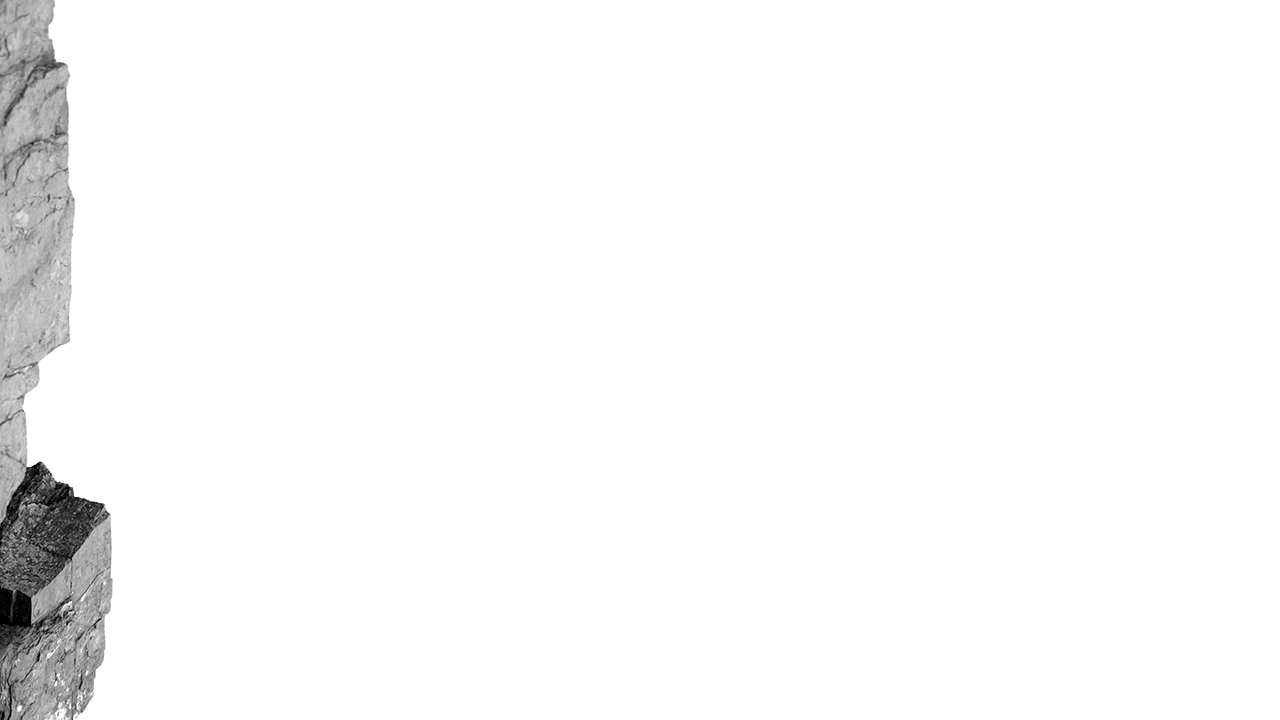
Repository: ortik455/ortik455.github.io
Page: lab/image.html
The author's editor kept a record of every edit. The page is drawn from the files as they stood at one moment, then again after the next edit.
The browser window is 1280 px wide. The pictures show the whole page.
Some web libraries are served in a nearby version.

Above is the page before.

### lab/image.html
<!DOCTYPE html>
<html>
	<head>
		<link href="../styles/global.css" rel="stylesheet" type="text/css">
		<link href="image.css" rel="stylesheet" type="text/css" />
		<script src="https://ajax.googleapis.com/ajax/libs/jquery/1.11.2/jquery.min.js"></script>
		<title>Desire to Inspire</title>
	</head>

	<body>
		<div class="photo-holder"></div>
		<div class="quotes"></div>


		<script src="image.js"></script>
	</body>
</html>

### styles/global.css
html {
	overflow-y: scroll;
}
#main_body {
	background-color: #FFFFFF;
	width: 500px;
	height: 600px;
	padding-top: 20px;
	position: absolute;
	top: 10px;
	left: 140px;
}
div {
	display: block;
}
body {
	background-image: url("../notes/leftrock.png");
	background-repeat: no-repeat;
	font-family: 'Neuton', serif;
    background-color: #ffffff;
    font-size: 18px;
    text-align: center;
    }
p {
    color: black;
    font-size: 14px;
}
h1, h2, h3 {
	width: 160px;
	background-color: #FFFFFF;
    text-align: left;
	color: #000000;
	margin-top: 10px;
	margin-bottom: 0px;
	font-size: 22px;
	font-weight: 300;
	}
h2 {
	margin-bottom: 50px;
	font-size: 14px;
	}
h3 {
	margin-bottom: 50px;
	font-size: 14px;
}
a {
    text-decoration: none;
    font-size: 20px;
    letter-spacing: 1px;
}
nav ul {
	text-align: left;
	padding: 0;
	}
a:link {
    color: #000000;
    }
a:visited {
    color: #000000;
    }
a:hover {
    color: #8A8A8A;
}
li {
	display: block;
	width: 300px;
	height: 40px;
	}
.back {
    font-size: 12px;
    letter-spacing: 0px;
    padding: 10px;
}

### lab/image.css
body {
    width:1000;
    height:700;
}
.photo-holder {
  width: 800px;
  height: 800px;
  position: fixed;
  top: 0;
  right: 0;
  z-index: 500;
}

.photo-holder img {
  width: 100%;
  display: block;
}
.quote-holder {
  margin: 48px;
  font-size: 35px;
  font-family: serif;
  position: absolute;
  top: 140px;
  left: 80px;
  z-index: 100;
  color: #000;
}
.button {
  background-color: #000;
  width: 60px;
  height: 60px;
  position: fixed;
  bottom: 100px;
  left: 100px;
  z-index: 800;
}

### lab/image.js
var pics =
["http://g4.psychcentral.com/lib/wp-content/uploads/2010/11/daydreaming.jpg",
"http://cache.oxy.edu/sites/default/files/assets/Admission_Blog/Sleep.jpg",
"http://www.brazencareerist.com/blog/wp-content/uploads/2013/02/pile-of-papers.jpg",
"http://www.zenforyou.ca/wpi/wp-content/uploads/2013/11/burnout1.jpg",
"http://www.healthyblackwoman.com/wp-content/uploads/2014/01/download54.jpeg",
"https://learn2balance.files.wordpress.com/2013/02/bigstockphoto_stress_asian_scholar_5099246.jpg",
"http://www.sprottshaw.com/wp-content/uploads/783761611.jpg",
"https://teenenthusiasm.files.wordpress.com/2012/11/image1.png",
"http://connectnigeria.com/articles/wp-content/uploads/2012/09/Dont-Fight-with-Stress.jpg",
"http://thumbs.media.smithsonianmag.com//filer/89/c3/89c31752-f362-4b98-bca9-a53c4e6b07fa/too-much-homework-520.jpg__800x600_q85_crop.jpg",
"http://www.brainbalancecenters.com/wp-content/uploads/2015/04/Too-Much-Homework.jpeg",
"http://lasernafreelancer.com/wp-content/uploads/2015/03/stress.jpg",
"https://pittbradford.files.wordpress.com/2011/12/stressful-people-fordec5post.jpg"];

var quotes =
["In order to get to the top we have to experience all of the bottom.",
"It does not matter how slowly you go as long as you do not stop.",
"Perseverance is failing 19 times and succeeding the 20th.",
"Always do your best. What you plant now, you will harvest later.",
"Our greatest weakness lies in giving up. The most certain way to succeed is always to try just one more time.",
"Just do it.",
"If you can dream it, you can do it.",
"In order to succeed, we must first believe that we can.",
"Failure will never overtake me if my determination to succeed is strong enough.",
"If you're going through hell keep going.",
"Don't let what you cannot do interfere with what you can do.",
"&iexcl;Si se puede!"];

var selectedquote = false;

$(".button").click(function() {

  var nextquote = quotes[Math.floor(Math.random()*quotes.length)];

  while (selectedquote == nextquote) {
    nextquote = quotes[Math.floor(Math.random()*quotes.length)];
  }

  selectedquote = nextquote;

  $(".quote-holder").html(nextquote);

$(".photo-holder").append('<img src="' + pics[Math.floor(Math.random()*pics.length)]+ '">');

});

/*.append for the images. */

After the next edit:
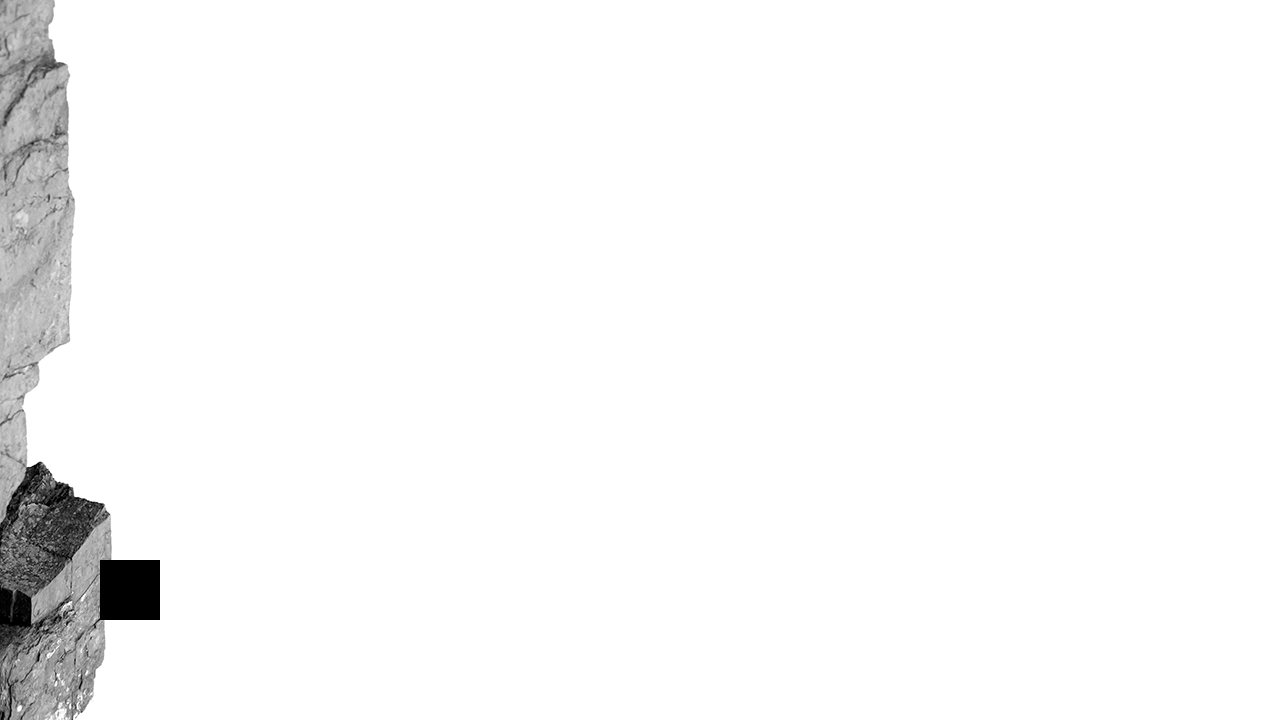
The edit:
--- a/lab/image.html
+++ b/lab/image.html
@@ -10,6 +10,7 @@
 	<body>
 		<div class="photo-holder"></div>
 		<div class="quotes"></div>
+		<div class="button"></div>
 
 
 		<script src="image.js"></script>
